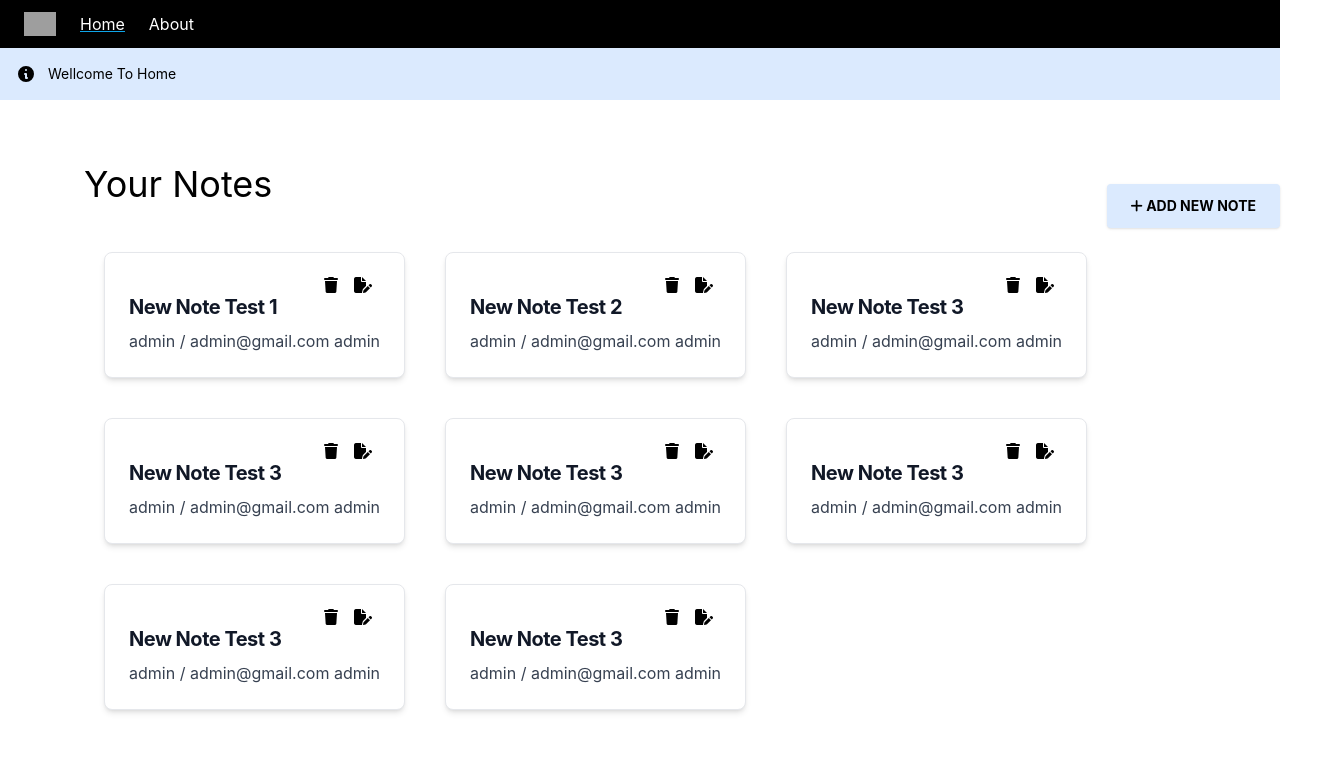
Repository: sonawaneteju4/iNote
Page: /
The author's editor kept a copy of each file at every save. The page is drawn from the files as they stood at one save, then again after the next save.
The browser window is 1280 px wide. The page is 1324 px wide, so the pictures cover 1324 px, including what lies to the right of the window. The pictures show the whole page.
Pictures or frames that could not be fetched are drawn as grey boxes. Some web libraries are served in a nearby version. The project was rebuilt for these pictures with package versions that can differ from the ones it lists, and the page was loaded fresh each time. Also part of the build but not shown: src/components/AddNote.js, src/components/About.js.

Above is the page before, as saved 2022-10-11 11:06:52.

### public/index.html
<!DOCTYPE html>
<html lang="en">
  <head>
    <meta charset="utf-8" />
    <link rel="icon" href="%PUBLIC_URL%/favicon.ico" />
    <meta name="viewport" content="width=device-width, initial-scale=1" />
    <meta name="theme-color" content="#000000" />
    <meta
      name="description"
      content="Web site created using create-react-app"
    />
    <link rel="apple-touch-icon" href="%PUBLIC_URL%/logo192.png" />

    <link rel="manifest" href="%PUBLIC_URL%/manifest.json" />

    <title>iNote - Secured Notes On Cloud</title>
  </head>
  <body>
    <noscript>You need to enable JavaScript to run this app.</noscript>
    <script src="https://kit.fontawesome.com/61d960ae85.js" crossorigin="anonymous"></script>
    <div id="root"></div>
  </body>
</html>

### src/App.js
import "./App.css";
import { BrowserRouter, Routes, Route } from "react-router-dom";
import Navbar from "./components/Navbar";
import Home from "./components/Home";
import About from "./components/About";
import NoteState from "./context/notes/NoteState";
import Alert from "./components/Alert";

function App() {
  return (
    <>
      <NoteState>
        <BrowserRouter>
          <Navbar />
          <Alert message="Wellcome To Home"/>
          <div className="container m-11">

          <Routes>
            <Route exact path="/" element={<Home />}></Route>
            <Route exact path="/about" element={<About />}></Route>
          </Routes>
          </div>
        </BrowserRouter>
      </NoteState>
    </>
  );
}

export default App;

### src/App.css
.App {
  text-align: center;
}

.App-logo {
  height: 40vmin;
  pointer-events: none;
}

@media (prefers-reduced-motion: no-preference) {
  .App-logo {
    animation: App-logo-spin infinite 20s linear;
  }
}

.App-header {
  background-color: #282c34;
  min-height: 100vh;
  display: flex;
  flex-direction: column;
  align-items: center;
  justify-content: center;
  font-size: calc(10px + 2vmin);
  color: white;
}

.App-link {
  color: #61dafb;
}

@keyframes App-logo-spin {
  from {
    transform: rotate(0deg);
  }
  to {
    transform: rotate(360deg);
  }
}
i{cursor: pointer;

}

### src/components/Navbar.js
import React, {useEffect} from 'react'
import { Link, useLocation } from 'react-router-dom'

const Navbar = () => {
  let location = useLocation();
  useEffect(() => {
    console.log(location.pathname);
  }, [location])

  return (
    <nav className='flex bg-black text-white sticky top-0'>
        <ul className='flex m-3'>
            <li className='px-3'><Link to="/"><img alt="Logo" className='h-6' src='https://i.ibb.co/yyD6c8M/i-NOTE-3.png'></img></Link></li>
            <li className={`px-3  ${location.pathname==='/'? "underline decoration-sky-500": ""}`}><Link to="/">Home</Link></li>
            <li className={`px-3  ${location.pathname==='/about'? "underline decoration-sky-500": ""}`}><Link to="/about">About</Link></li>
        </ul>

    </nav>
  )
}

export default Navbar

### src/components/Home.js
import React from 'react'
// import NoteState from '../context/notes/NoteState';
import Notes from './Notes';

const Home = () => {

  return (
    <div className='mx-10'>
      <Notes />
    </div>

  )
}

export default Home

### src/context/notes/NoteState.js
import { useState } from 'react';
import NoteContext from './NoteContext';


const NoteState = (props) =>{
    const notesInitial = [
        {
          "_id": "6343f8ff5e6343bed4b7ddb5",
          "user": "63402d7553af99b0eef26534",
          "title": "New Note Test 1 ",
          "description": "admin / admin@gmail.com admin",
          "tag": "test",
          "date": "1665390388538",
          "__v": 0
        },
        {
          "_id": "6343f90f5e6343bed4b7ddb8",
          "user": "63402d7553af99b0eef26534",
          "title": "New Note Test 2 ",
          "description": "admin / admin@gmail.com admin",
          "tag": "test",
          "date": "1665390388538",
          "__v": 0
        },
        {
          "_id": "6343f9155e6343bed4b7ddba",
          "user": "63402d7553af99b0eef26534",
          "title": "New Note Test 3 ",
          "description": "admin / admin@gmail.com admin",
          "tag": "test",
          "date": "1665390388538",
          "__v": 0
        },
        {
            "_id": "6343f9155e6343bed4b7ddba",
            "user": "63402d7553af99b0eef26534",
            "title": "New Note Test 3 ",
            "description": "admin / admin@gmail.com admin",
            "tag": "test",
            "date": "1665390388538",
            "__v": 0
          },
          {
            "_id": "6343f9155e6343bed4b7ddba",
            "user": "63402d7553af99b0eef26534",
            "title": "New Note Test 3 ",
            "description": "admin / admin@gmail.com admin",
            "tag": "test",
            "date": "1665390388538",
            "__v": 0
          },
          {
            "_id": "6343f9155e6343bed4b7ddba",
            "user": "63402d7553af99b0eef26534",
            "title": "New Note Test 3 ",
            "description": "admin / admin@gmail.com admin",
            "tag": "test",
            "date": "1665390388538",
            "__v": 0
          },
          {
            "_id": "6343f9155e6343bed4b7ddba",
            "user": "63402d7553af99b0eef26534",
            "title": "New Note Test 3 ",
            "description": "admin / admin@gmail.com admin",
            "tag": "test",
            "date": "1665390388538",
            "__v": 0
          },
          {
            "_id": "6343f9155e6343bed4b7ddba",
            "user": "63402d7553af99b0eef26534",
            "title": "New Note Test 3 ",
            "description": "admin / admin@gmail.com admin",
            "tag": "test",
            "date": "1665390388538",
            "__v": 0
          }
      ]
      const [notes, setNotes] = useState(notesInitial)

      //Add a Note
      const addNote = (title, description,tag)=>{
        const note = {
          "_id": "6343f9155e6343bed4b7ddba",
          "user": "63402d7553af99b0eef26534",
          "title": title,
          "description": description,
          "tag": tag,
          "date": "1665390388538",
          "__v": 0
        };
        setNotes(notes.concat(note))
      }

      // Delete a Note
      const deleteNote = (id)=>{
        console.log(id)
        const newNotes = notes.filter((note)=>{return note._id!==id})
        setNotes(newNotes)
      }

      //Edit a Note
const editNote = (id, title, description,tag)=>{

}

    return(

        <NoteContext.Provider value={{notes, notesInitial, addNote ,deleteNote ,editNote }}>
            {props.children}
        </NoteContext.Provider>
            )
}

export default NoteState;

### src/components/Alert.js
import React from 'react'

const Alert = (props) => {
  return (
    <div className=''>
      <div className="flex p-4 mb-4 text-sm bg-blue-100 rounded-lgz text-black " role="alert">
  <svg aria-hidden="true" className="flex-shrink-0 inline w-5 h-5 mr-3" fill="currentColor" viewBox="0 0 20 20" xmlns="http://www.w3.org/2000/svg"><path fill-rule="evenodd" d="M18 10a8 8 0 11-16 0 8 8 0 0116 0zm-7-4a1 1 0 11-2 0 1 1 0 012 0zM9 9a1 1 0 000 2v3a1 1 0 001 1h1a1 1 0 100-2v-3a1 1 0 00-1-1H9z" clip-rule="evenodd"></path></svg>
  {props.message}
  </div>
    </div>
  )
}

export default Alert

### src/components/Notes.js
import React, {useContext } from 'react'
import NoteContext from '../context/notes/NoteContext';
import AddNote from './AddNote';
import NoteItem from './NoteItem';


const Notes = () => {
    const context = useContext(NoteContext);
    const [showModal, setShowModal] = React.useState(false);
    const {notes, addNote} = context
  return (
    <div>
<div className='flex flex-row justify-between'>
      <h1 className='py-5 text-4xl'>Your Notes</h1>

      <button
        className="bg-blue-100  text-black active:bg-pink-600 font-bold uppercase text-sm my-10 px-6 py-3 rounded shadow hover:shadow-lg outline-none focus:outline-none mr-1 mb-1 ease-linear transition-all duration-150"
        type="button"
        onClick={() => setShowModal(true)}
        >
        <i class="fa-solid fa-plus"></i> Add New Note
      </button>
      {showModal ? (
        <>
          <div
            className="justify-center items-center flex overflow-x-hidden overflow-y-auto fixed inset-0 z-50 outline-none focus:outline-none"
            >
            <div className="relative w-auto my-6 mx-auto max-w-3xl">
              {/*content*/}
              <div className="border-0 rounded-lg shadow-lg relative flex flex-col w-full bg-white outline-none focus:outline-none">
                {/*header*/}
                <div className="flex  items-start justify-between p-5 border-b border-solid border-slate-200 rounded-t">
                  <h3 className="text-3xl font-semibold">
                    Create New Note
                  </h3>
                  <button
                    className="p-1 ml-auto bg-transparent border-0 text-black opacity-5 float-right text-3xl leading-none font-semibold outline-none focus:outline-none"
                    onClick={() => setShowModal(false)}
                    >
                    <span className="bg-transparent text-black opacity-5 h-6 w-6 text-2xl block outline-none focus:outline-none">

                    </span>
                  </button>
                </div>
                {/*body*/}

                    <AddNote/>
                {/*footer*/}
                <div className="flex items-center justify-end p-6 border-t border-solid border-slate-200 rounded-b">
                  <button
                    className="text-red-500 background-transparent font-bold uppercase px-6 py-2 text-sm outline-none focus:outline-none mr-1 mb-1 ease-linear transition-all duration-150"
                    type="button"
                    onClick={() => setShowModal(false)}
                    >
                    Close
                  </button>
                </div>
              </div>
            </div>
          </div>
          <div className="opacity-25 fixed inset-0 z-40 bg-black"></div>
        </>
      ) : null}
      </div>


    <div className='flex flex-wrap'>
        {notes.map((note)=>{
            return <NoteItem key={note._id} note={note}/>;
        })}
    </div>
        </div>
  )
}

export default Notes

### src/components/NoteItem.js
import React, { useContext } from "react";
import NoteContext from '../context/notes/NoteContext';


const NoteItem = (props) => {
 const context = useContext(NoteContext)
  const {deleteNote} = context;
  const { note } = props;
  return (
    <div className="p-5">
      <div class="p-6 max-w-sm bg-white rounded-lg border border-gray-200 shadow-md hover:bg-gray-100">
        <div className="flex item-start justify-end">
          <i class="fa-solid fa-trash mx-2" onClick={()=>{deleteNote(note._id)}}></i>
          <i class="fa-solid fa-file-pen mx-2"></i>
        </div>
          <h5 class="mb-2 text-xl font-bold tracking-tight text-gray-900">
            {note.title}
          </h5>
        <p class="font-normal text-gray-700"> {note.description}</p>
      </div>
    </div>
  );
};

export default NoteItem;

Loaded but not shown: src/index.js (common file); src/index.css (common file); src/context/notes/NoteContext.js (common file); tailwind.config.js (common file)

After the next save:
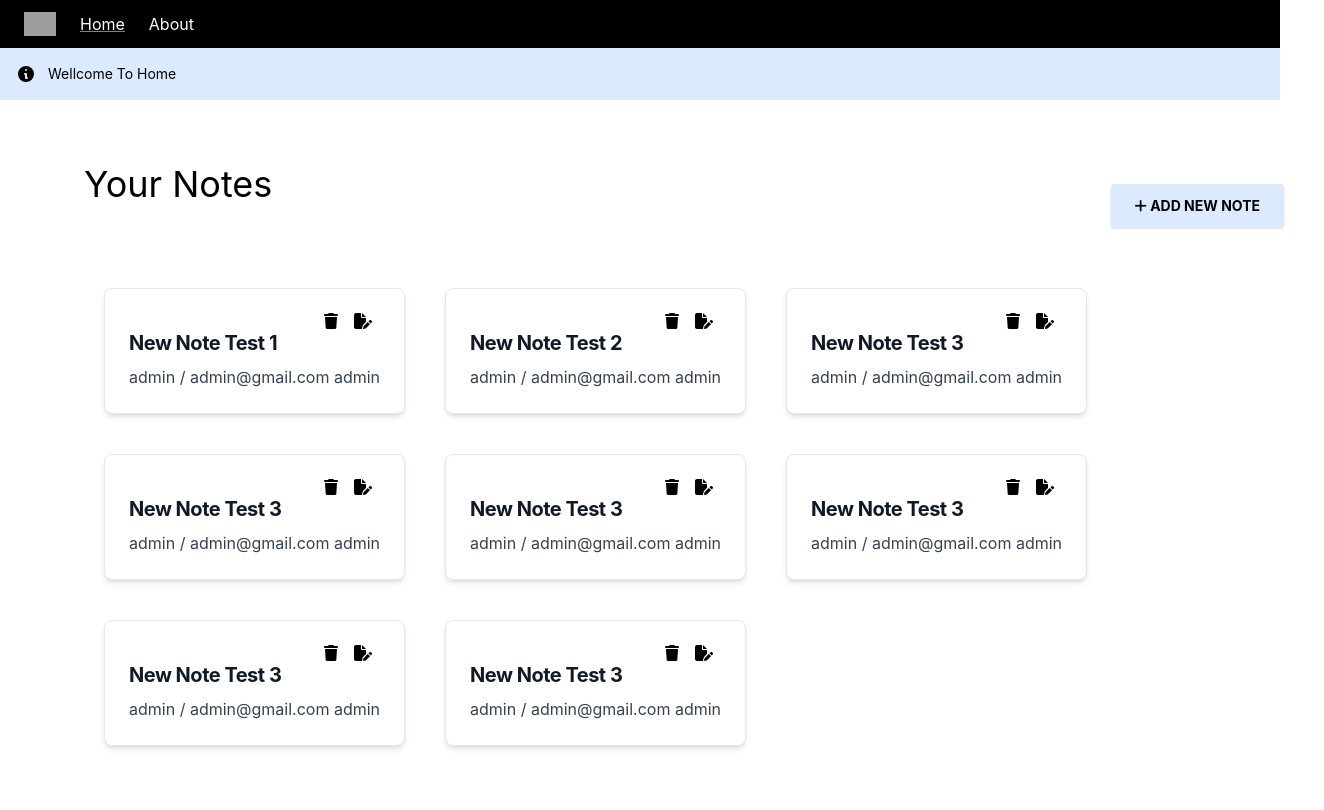
Saved 13 s later.
--- a/src/components/Notes.js
+++ b/src/components/Notes.js
@@ -14,7 +14,7 @@
       <h1 className='py-5 text-4xl'>Your Notes</h1>
 
       <button
-        className="bg-blue-100  text-black active:bg-pink-600 font-bold uppercase text-sm my-10 px-6 py-3 rounded shadow hover:shadow-lg outline-none focus:outline-none mr-1 mb-1 ease-linear transition-all duration-150"
+        className="bg-blue-100  text-black active:bg-pink-600 font-bold uppercase text-sm my-10 px-6 py-3 rounded shadow hover:shadow-lg outline-none focus:outline-none  ease-linear transition-all duration-150"
         type="button"
         onClick={() => setShowModal(true)}
         >

After the save that followed:
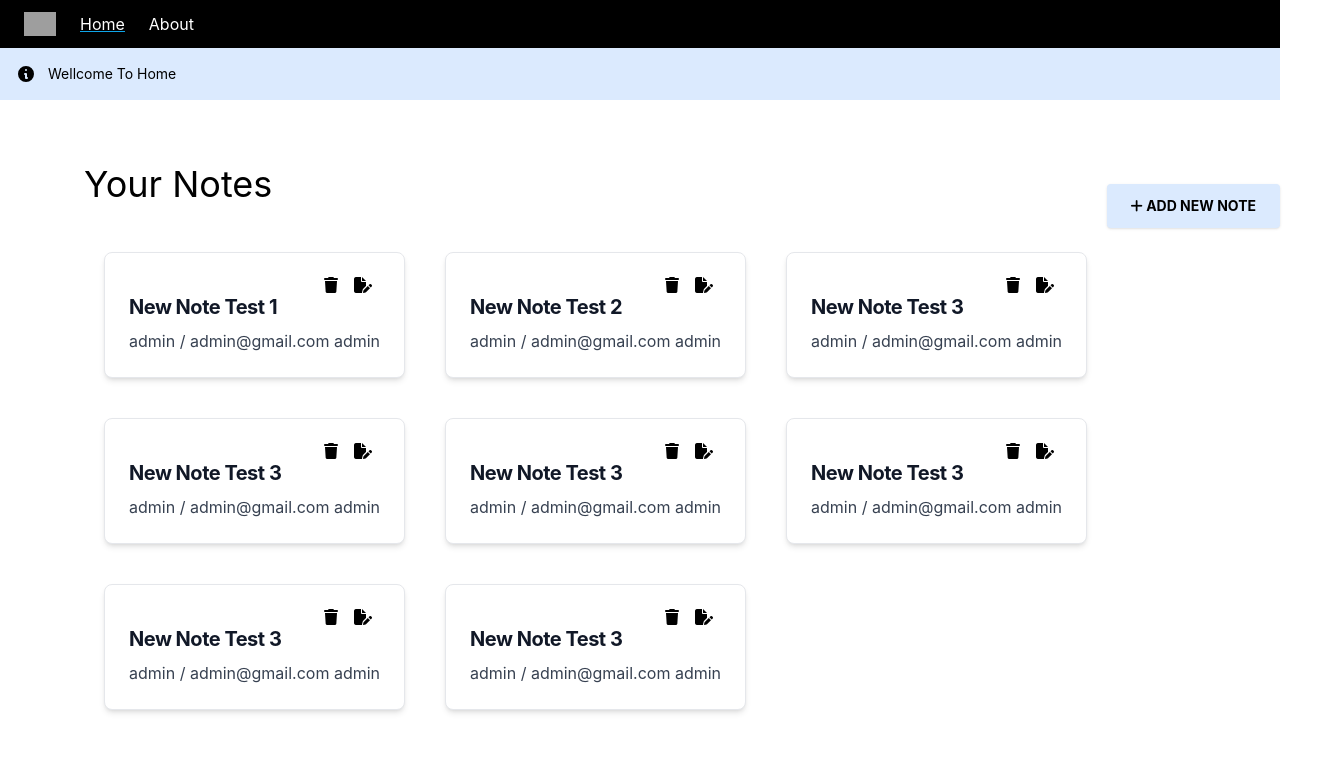
Saved 4 s later.
--- a/src/components/Notes.js
+++ b/src/components/Notes.js
@@ -14,7 +14,7 @@
       <h1 className='py-5 text-4xl'>Your Notes</h1>
 
       <button
-        className="bg-blue-100  text-black active:bg-pink-600 font-bold uppercase text-sm my-10 px-6 py-3 rounded shadow hover:shadow-lg outline-none focus:outline-none  ease-linear transition-all duration-150"
+        className="bg-blue-100  text-black active:bg-pink-600 font-bold uppercase text-sm my-10 px-6 py-3 rounded shadow hover:shadow-lg outline-none focus:outline-none mr-1 mb-1 ease-linear transition-all duration-150"
         type="button"
         onClick={() => setShowModal(true)}
         >
